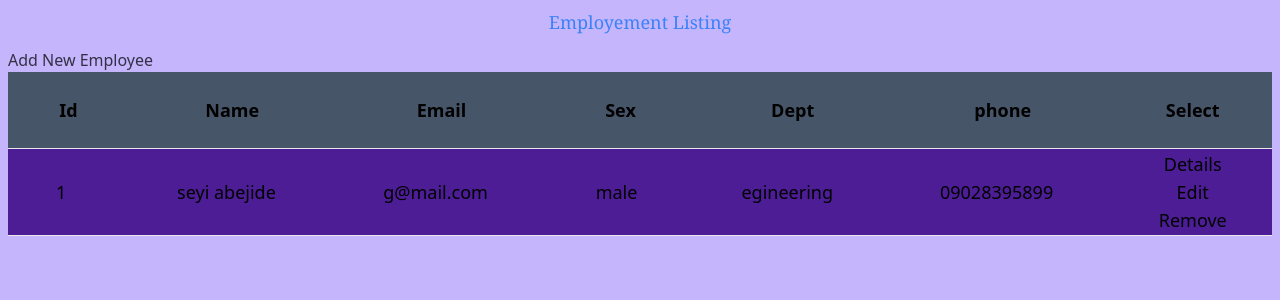
Repository: Semanmernstack/crud
Page: /
These files come from the project's save history. The page is drawn as it stood at one moment and after the next save; the edit follows.
The browser window is 1280 px wide. The pictures show the whole page.
The project was rebuilt for these pictures with package versions that can differ from the ones it lists, and the page was loaded fresh each time. Requests to the local data server were answered from the project's data file. Also part of the build but not shown: src/Details.js, src/Create.js, src/Edit.js.

Above is the page before, as saved 2022-12-24 01:14:28.

### src/App.js
import List from "./List";
import {
  BrowserRouter,
  Routes,
  Route,

} from "react-router-dom";
import Details from "./Details";
import Create from "./Create";
import Edit from "./Edit";



function App() {
  return (
    <div className="bg-slate-100 h-screen">
      <BrowserRouter>

      <Routes>
        <Route path="/" element={<List/>}> </Route>
        <Route path="/employee/create" element={<Create/>}> </Route>
        <Route path="/employee/details/:empid" element={<Details/>}> </Route>
        <Route path="/employee/edit/:empid" element={<Edit/>}> </Route>
      </Routes>
      </BrowserRouter>

    </div>
  );
}

export default App;

### src/List.js

import React, { useEffect, useState } from 'react'
import { Link } from 'react-router-dom'

function List() {
    const [records, setRecords] = useState("")

    useEffect(() => {
        fetch("http://localhost:8000/employee").then((res) => {
            return res.json()
        }).then((resp) => {
            console.log(resp)
            setRecords(resp)

        })

    }, [])
  return (
    <div className="overflow-x-hidden lg:max-w-7xl mx-auto  p-2 items-center bg-violet-300 h-screen   ">

        <p className='text-centre justify-center flex mb-3 text-lg text-blue-500 font-serif'> Employement Listing</p>
        <Link className='cursor-pointer border-1 animate-pulse' to="/employee/create">Add New Employee</Link>

        <table className="  w-[100%] bg-violet-900 text-sm md:text-sm lg:text-lg   " >

            <thead>
                <tr className="border-b bg-slate-600">
                    <th scope='col' className=" lg:py-6 lg:px-12 py-4 px-6">Id</th>
                    <th scope='col' className=" lg:py-6 lg:px-12 py-4 px-6">Name</th>
                    <th scope='col' className=" lg:py-6 lg:px-12 py-4 px-6">Email</th>
                    <th scope='col' className=" lg:py-6 lg:px-12 py-4 px-6">Sex</th>
                    <th scope='col' className=" lg:py-6 lg:px-12 py-4 px-6">Dept</th>
                    <th scope='col' className=" lg:py-6 lg:px-12 py-4 px-6">phone</th>
                    <th scope='col' className=' lg:py-6 lg:px-12 py-4 px-6'>Select</th>

                </tr>
            </thead>
            <tbody>
                {
                    records &&
                    records.map((record) => (
                    <tr className="border-b" key={record.id}>
                        <td className=" lg:py-6 lg:px-12 py-3 px-4">{record.id}</td>
                        <td className=" lg:py-6 lg:px-12 py-3 px-4" >{record.name}</td>
                        <td className=" lg:py-6 lg:px-12 py-3 px-4">{record.email}</td>
                        <td className=" lg:py-6 lg:px-12 py-3 px-4">{record.sex}</td>
                        <td className=" lg:py-6 lg:px-12 py-3 px-4">{record.dept}</td>
                        <td className=" lg:py-6 lg:px-12 py-3 px-4">{record.phone}</td>
                        <td className='flex flex-col'>
                            <button>Details</button>
                            <button>Edit</button>
                            <button>Remove</button>

                        </td>
                    </tr>
                    ))
                }

            </tbody>

        </table>




    </div>
  )
}

export default List

### db.json
{
  "employee": [
    {
      "id": 1,
      "name": "seyi abejide",
      "email": "g@mail.com",
      "phone": "09028395899",
      "dept": "egineering",
      "sex": "male"

    }
  ]

}

Loaded but not shown: public/index.html (common file); src/index.js (common file); src/index.css (common file); src/reportWebVitals.js (common file); tailwind.config.js (common file)

After the next save:
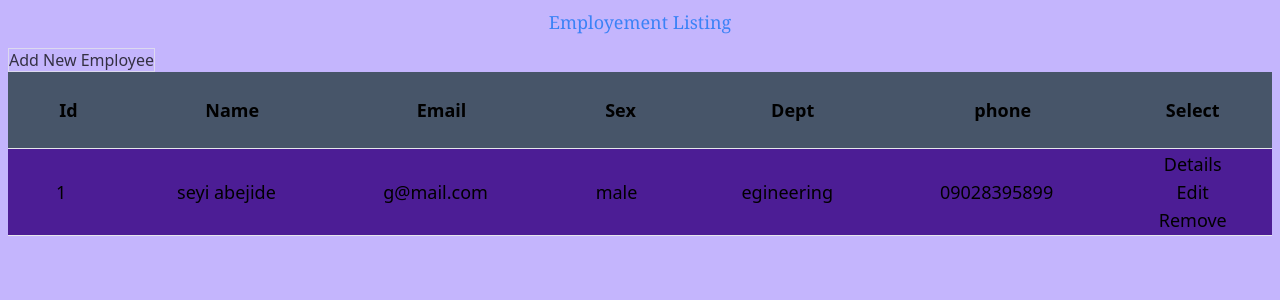
Saved 18 s later.
--- a/src/List.js
+++ b/src/List.js
@@ -19,7 +19,7 @@ function List() {
     <div className="overflow-x-hidden lg:max-w-7xl mx-auto  p-2 items-center bg-violet-300 h-screen   ">
 
         <p className='text-centre justify-center flex mb-3 text-lg text-blue-500 font-serif'> Employement Listing</p>
-        <Link className='cursor-pointer border-1 animate-pulse' to="/employee/create">Add New Employee</Link>
+        <Link className='cursor-pointer border animate-pulse' to="/employee/create">Add New Employee</Link>
 
         <table className="  w-[100%] bg-violet-900 text-sm md:text-sm lg:text-lg   " >
 
